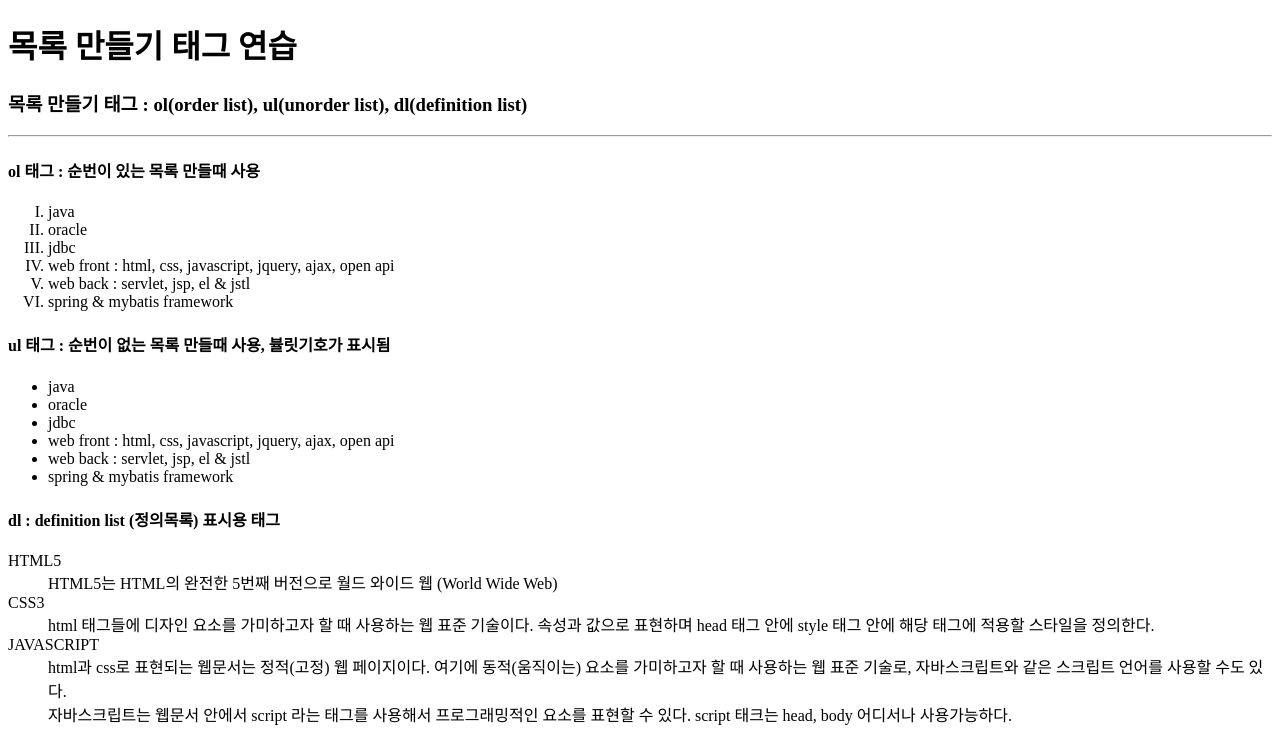
Repository: bianchi112/ict-data
Page: web_workspace/testHTMLProject2/src/main/webapp/views/test/testList.html
These files come from the project's save history. The page is drawn as it stood at one moment and after the next save; the edit follows.
The browser window is 1280 px wide. The pictures show the whole page.

Above is the page before, as saved 2024-08-14 08:58:08.

### web_workspace/testHTMLProject2/src/main/webapp/views/test/testList.html
<!DOCTYPE html>
<html>
<head>
<meta charset="UTF-8">
<title>testList</title>
</head>
<body>
<header>
	<hgroup>
		<h1>목록 만들기 태그 연습</h1>
		<h3>목록 만들기 태그 : ol(order list), ul(unorder list), dl(definition list)</h3>
	</hgroup>
</header>
<hr>
<div id="d1">
	<h4>ol 태그 : 순번이 있는 목록 만들때 사용</h4>
	<ol type="I"> <!-- 순번 종류 : 1(기본), A, a, I, i 변경할 수 있음 -->
		<li>java</li>
		<li>oracle</li>
		<li>jdbc</li>
		<li>web front : html, css, javascript, jquery, ajax, open api</li>
		<li>web back  : servlet, jsp, el & jstl</li>
		<li>spring & mybatis framework</li>
	</ol>
</div>
<div id="d2">
	<h4>ul 태그 : 순번이 없는 목록 만들때 사용, 뷸릿기호가 표시됨</h4>
		<ul type="disc"> <!-- 기호의 종류 : circle(속이 빈 원), disc, square(속이 채워진 사각형) -->
			<li>java</li>
			<li>oracle</li>
			<li>jdbc</li>
			<li>web front : html, css, javascript, jquery, ajax, open api</li>
			<li>web back  : servlet, jsp, el & jstl</li>
			<li>spring & mybatis framework</li>
		</ul>
</div>
<div id="d3">
	<h4>dl : definition list (정의목록) 표시용 태그</h4>
	<dl>
		<dt>HTML5</dt> <!-- definition title : 용어 -->
		<dd> <!-- dt 에 기술한 용어 설명 작성, definition define -->
			HTML5는 HTML의 완전한 5번째  버전으로 월드 와이드 웹 (World Wide Web)
		</dd>
		<dt>CSS3</dt>
		<dd>html 태그들에 디자인 요소를 가미하고자 할 때 사용하는 웹 표준 기술이다. 속성과 값으로 표현하며
		head 태그 안에 style 태그 안에 해당 태그에 적용할 스타일을 정의한다.</dd>
		<dt>JAVASCRIPT</dt>
		<dd>
		html과 css로 표현되는 웹문서는 정적(고정) 웹 페이지이다. 여기에 동적(움직이는) 요소를 가미하고자
		할 때 사용하는 웹 표준 기술로, 자바스크립트와 같은 스크립트  언어를 사용할 수도 있다. <br>
		자바스크립트는 웹문서 안에서 script 라는 태그를 사용해서 프로그래밍적인 요소를 표현할 수 있다.
		script 태크는 head, body 어디서나 사용가능하다.</dd>
	</dl>
</div>
</body>
</html>

After the next save:
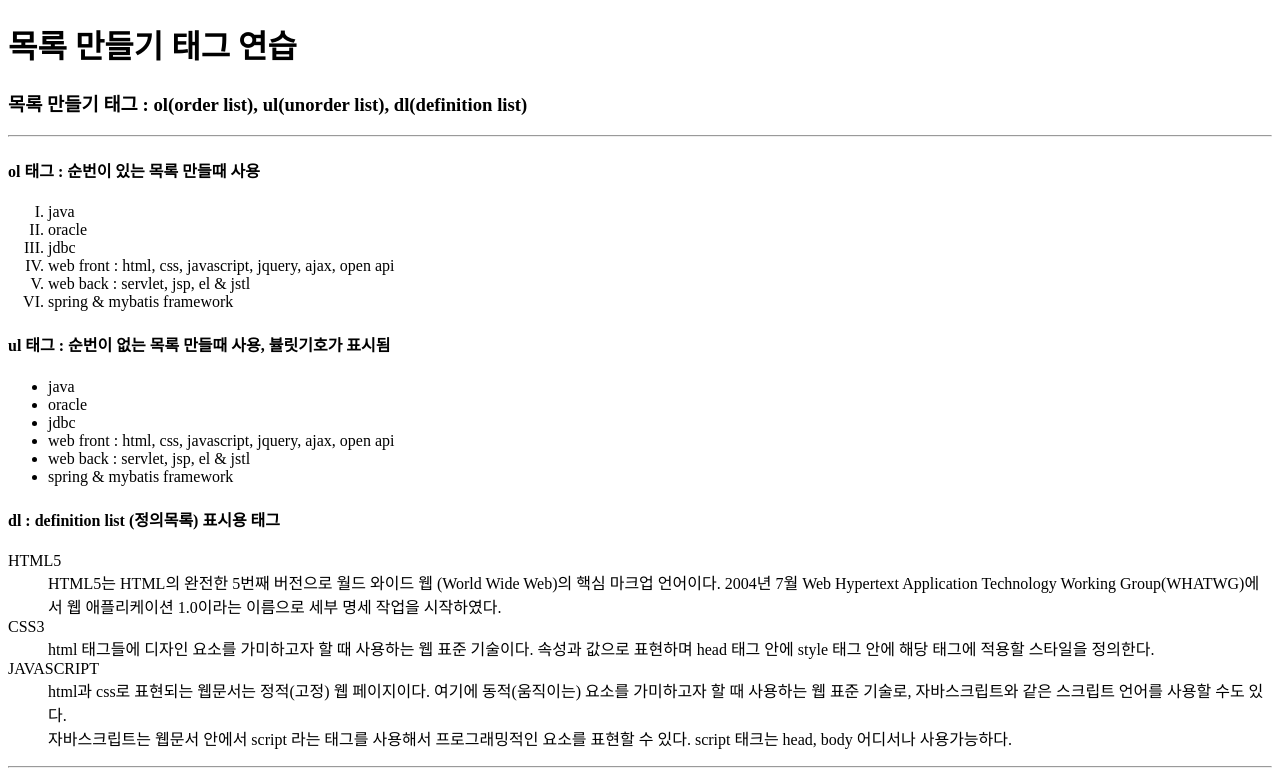
Saved 78 s later.
--- a/web_workspace/testHTMLProject2/src/main/webapp/views/test/testList.html
+++ b/web_workspace/testHTMLProject2/src/main/webapp/views/test/testList.html
@@ -39,7 +39,9 @@
 	<dl>
 		<dt>HTML5</dt> <!-- definition title : 용어 -->
 		<dd> <!-- dt 에 기술한 용어 설명 작성, definition define -->
-			HTML5는 HTML의 완전한 5번째  버전으로 월드 와이드 웹 (World Wide Web)
+			HTML5는 HTML의 완전한 5번째  버전으로 월드 와이드 웹 (World Wide Web)의 핵심 마크업 언어이다.
+			2004년 7월 Web Hypertext Application Technology Working Group(WHATWG)에서
+			웹 애플리케이션 1.0이라는 이름으로 세부 명세 작업을 시작하였다.
 		</dd>
 		<dt>CSS3</dt>
 		<dd>html 태그들에 디자인 요소를 가미하고자 할 때 사용하는 웹 표준 기술이다. 속성과 값으로 표현하며
@@ -52,5 +54,7 @@
 		script 태크는 head, body 어디서나 사용가능하다.</dd>
 	</dl>
 </div>
+<hr>
+<a name="bottom"> </a>
 </body>
 </html>
